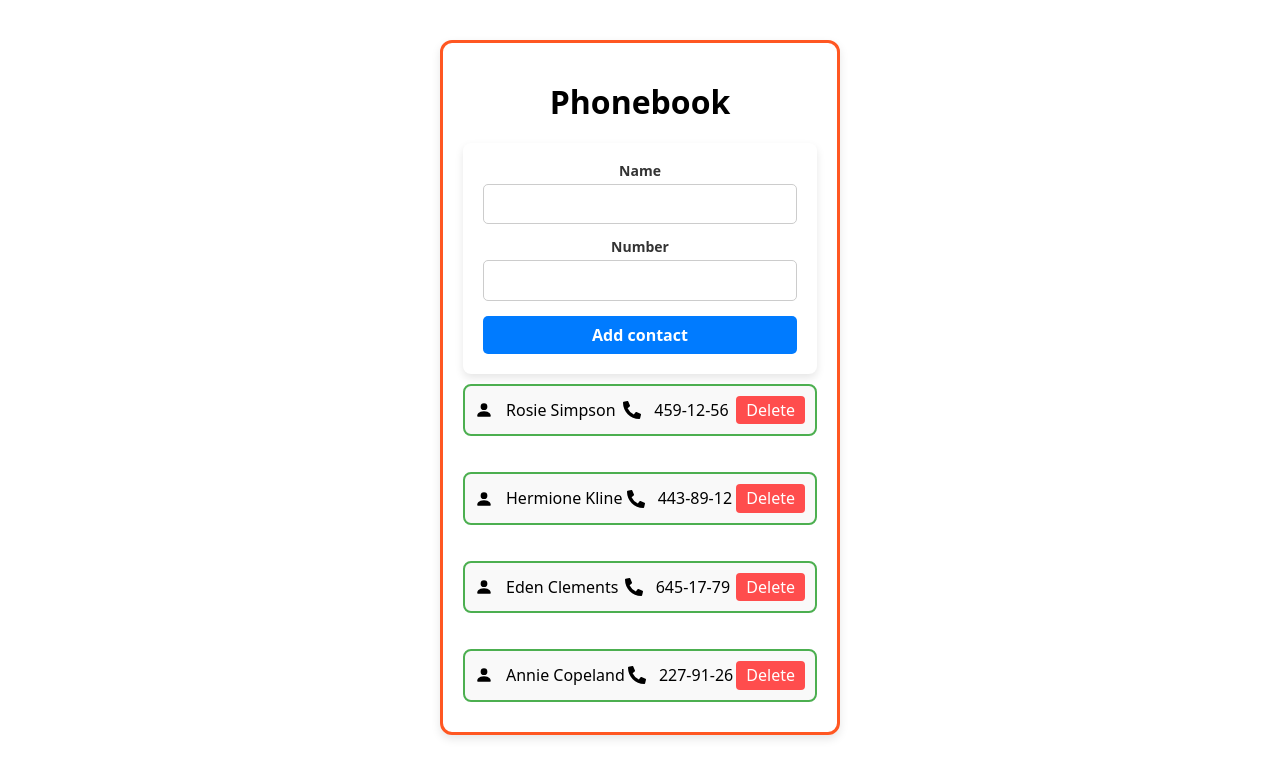
Repository: Evgeniya-Tishakova/goit-react-hw-03
Page: /
An editor plug-in stored every save of this project. The page is shown before and after a run of saves, followed by the edit.
The browser window is 1280 px wide. The pictures show the whole page.
The project was rebuilt for these pictures with package versions that can differ from the ones it lists, and the page was loaded fresh each time. Also part of the build but not shown: vite.config.js, src/index.css.

Above is the page before, as saved 2025-03-09 15:25:47.

After the next 2 saves:
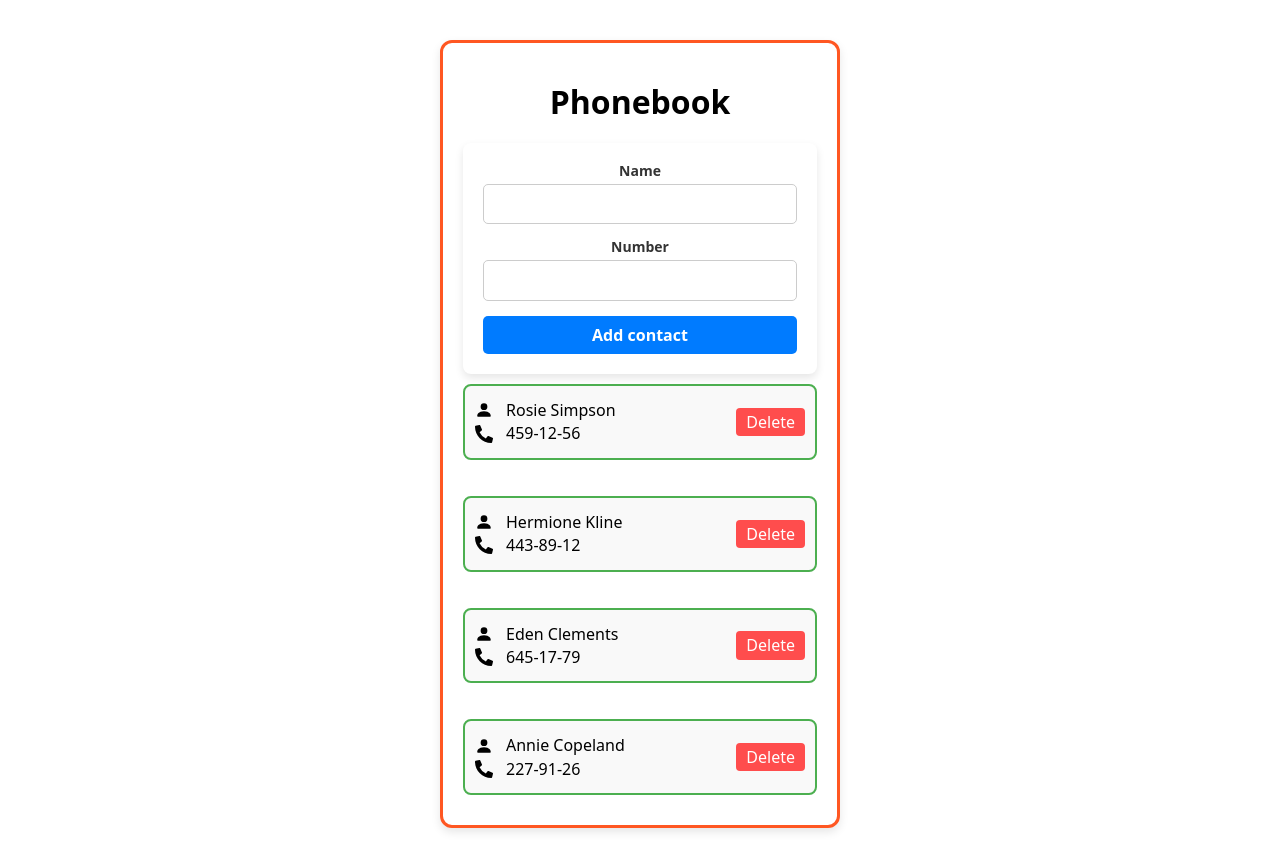
The 2 saves are shown as one change because 1 did not build or start.
The last was saved 101 s later.
--- a/src/components/Contact/Contact.jsx
+++ b/src/components/Contact/Contact.jsx
@@ -5,14 +5,16 @@ import { FaPhoneAlt } from "react-icons/fa";
 export default function Contact({ id, name, number, onDelete }) {
   return (
     <>
-      <p className={css.text}>
-        <BsPersonFill className={css.icon} />
-        {name}
-      </p>
-      <p className={css.text}>
-        <FaPhoneAlt className={css.icon} />
-        {number}
-      </p>
+      <div className={css.container}>
+        <p className={css.text}>
+          <BsPersonFill className={css.icon} />
+          {name}
+        </p>
+        <p className={css.text}>
+          <FaPhoneAlt className={css.icon} />
+          {number}
+        </p>
+      </div>
       <button className={css.button} onClick={() => onDelete}>
         Delete
       </button>
